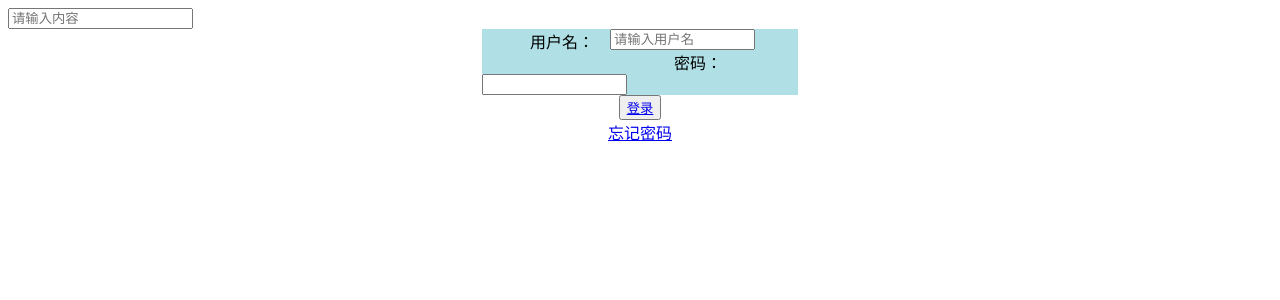
Repository: never-404/Intelligent-recommendation-system
Page: http://localhost/Intelligent-recommendation-system/log.jsp
These files come from the project's save history. The page is drawn as it stood at one moment and after the next save; the edit follows.
The browser window is 1280 px wide. The pictures show the whole page.
The page is served by Tomcat 9. Nobody is signed in. The application's start-up code is not run. Other server files are loaded and not shown.

Above is the page before, as saved 2019-04-14 14:52:43.

### Intelligent-recommendation-system/WebRoot/log.jsp
<%@ page language="java" contentType= "text/html;charset=gb2312" %>
<html>

	<head>
		<title>登录页面</title>
	    <meta charset="utf-8">

		<style type="text/css">
		.title
		{
			margin:auto;
			width:25%;
			background-color:#b0e0e6;
		}
		.table
		{
			margin:auto;
			width:25%;
			background-color:#b0e0e6;
		}
		lable { float: left; width: 7em; margin-right:1em; text-align: right; }
		h1	  {text-align: center}

        .a{
            text-align:center;
            vertical-align:middle;
        }
        img{max-width: 100%; height:auto;}

</style>
	</head>

	<body>


	<input type="text" name="use" placeholder="请输入内容" />
    <div class="table">

    	<lable>用户名：</lable><input type="text" name="number" placeholder="请输入用户名" size="15" maxlength="10"/>
        <!--学号为10位-->
        <br>
        <lable>密码：</lable><input type="password" name="passport" size="15" maxlength="10"/>
        <br>
    </div>
    <div class="a">
        <button id="denglu">
            <a href="mainpage.jsp">登录</a></button>
            <!-- 不同的登录界面链接到的页面也不同 -->
        <br>
            <a href="forget_pswd.jsp"> 忘记密码</a>
            <!--忘记密码跳转的网址-->
	</div>

	</body>


</html>

After the next save:
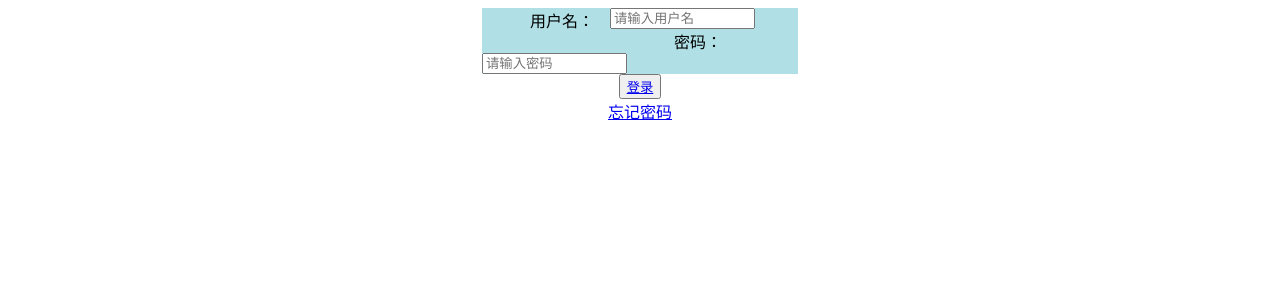
Saved 12 s later.
--- a/Intelligent-recommendation-system/WebRoot/log.jsp
+++ b/Intelligent-recommendation-system/WebRoot/log.jsp
@@ -31,15 +31,11 @@
 	</head>
 
 	<body>
-
-
-	<input type="text" name="use" placeholder="请输入内容" />
     <div class="table">
-
     	<lable>用户名：</lable><input type="text" name="number" placeholder="请输入用户名" size="15" maxlength="10"/>
         <!--学号为10位-->
         <br>
-        <lable>密码：</lable><input type="password" name="passport" size="15" maxlength="10"/>
+        <lable>密码：</lable><input type="password" name="passport" placeholder="请输入密码" size="15" maxlength="10"/>
         <br>
     </div>
     <div class="a">
